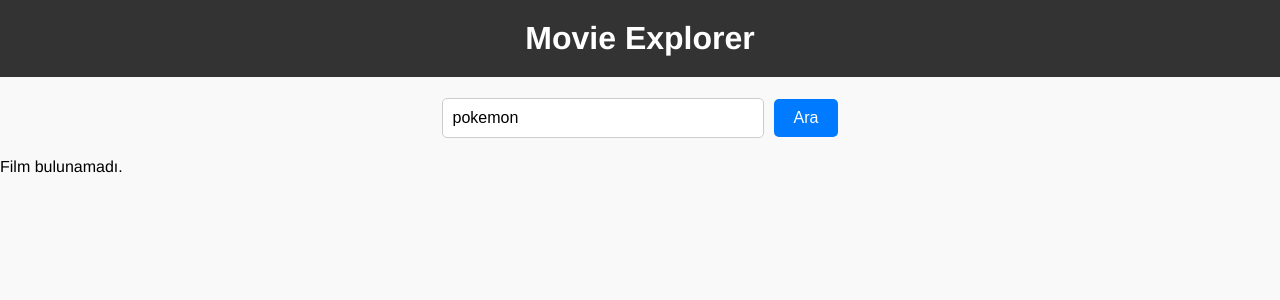
Repository: denizdizi/movie-explorer
Page: /
An editor plug-in stored every save of this project. The page is shown before and after the next save, followed by the edit.
The browser window is 1280 px wide. The pictures show the whole page.
The page's requests for data from a server got no answer. The project was rebuilt for these pictures with package versions that can differ from the ones it lists, and the page was loaded fresh each time. No one was signed in, and anything a server would have sent is missing. Also part of the build but not shown: src/App.css, src/components/MovieCard.js.

Above is the page before, as saved 2025-03-28 11:16:34.

After the next save:
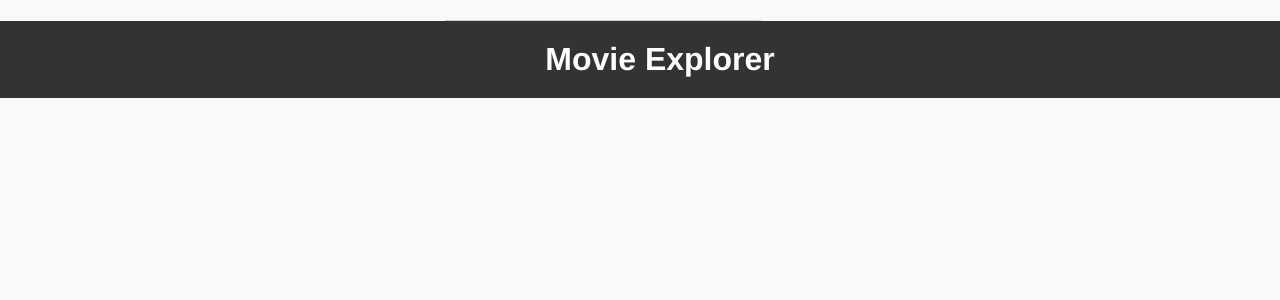
Saved 75 s later.
--- a/src/styles/global.scss
+++ b/src/styles/global.scss
@@ -129,5 +129,9 @@ body {
     padding: 20px; /* Arka planın etrafına biraz boşluk ekliyoruz */
     font-size: 2em; /* Başlık boyutunu büyütüyoruz */
     text-align: center; /* Başlığı ortalıyoruz */
-    margin-top: 0;
+    position: fixed; /* Başlık sabitlenecek */
+    top: 0; /* Başlık üstte olacak */
+    left: 0; /* Başlık solda olacak */
+    width: 100%; /* Başlık tam genişlikte olacak */
+    z-index: 1000; /* Başlık, diğer içeriklerin üstünde yer alacak */
   }
